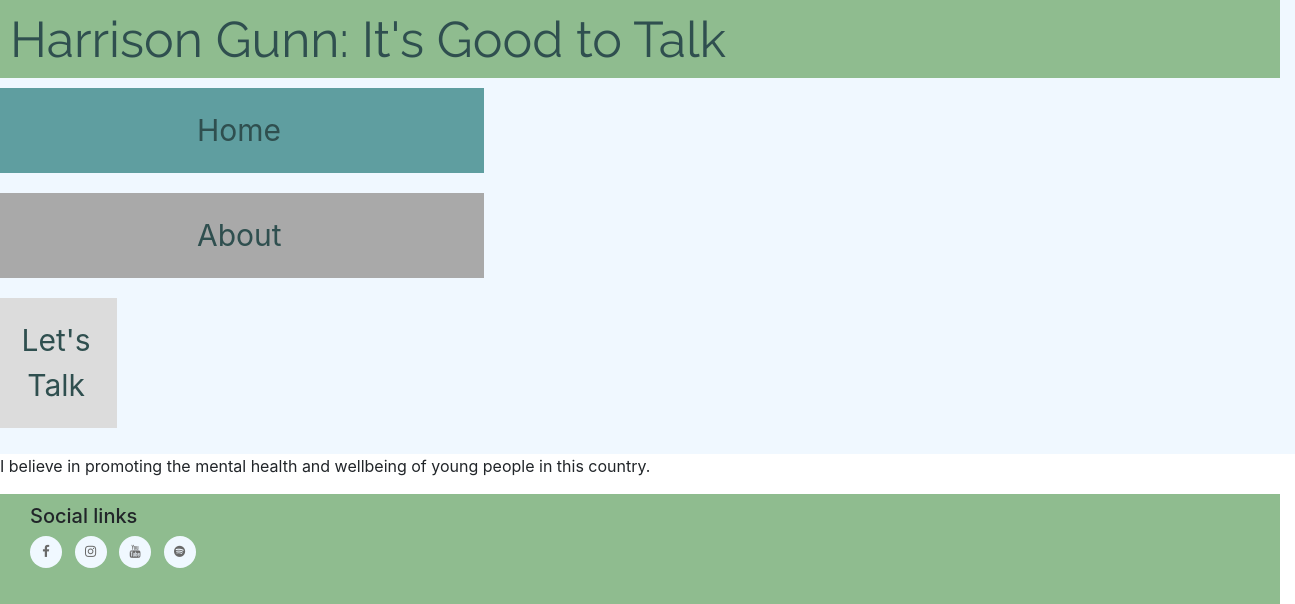
Repository: Leannald13/mile-stone-project-html
Page: index.html
The author's editor kept a record of every edit. The page is drawn from the files as they stood at one moment, then again after the next edit.
The browser window is 1280 px wide. The page is 1295 px wide, so the pictures cover 1295 px, including what lies to the right of the window. The pictures show the part of the page from y = 500 to 1104 px (the page is 1104 px tall before and 1059 px after).

Above is the page before.

After the next edit:
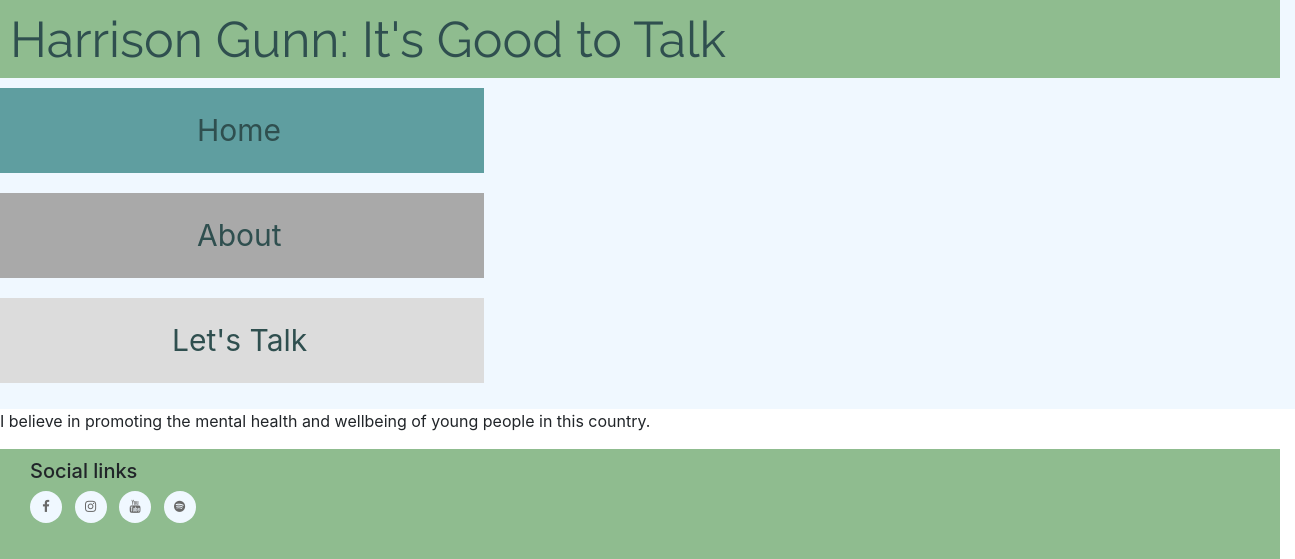
The edit:
--- a/index.html
+++ b/index.html
@@ -37,7 +37,7 @@
                         <li class="col col-sm-12 ui-menu-color-general list-inline-item menuitem">
                             <a href="general.html" class="hvr-wobble-horizontal"><span>About</span></a>
                         </li>
-                        <li class="col col-sm-3 ui-menu-color-contact list-inline-item menuitem">
+                        <li class="col col-sm-12 ui-menu-color-contact list-inline-item menuitem text-center">
                             <a href="contact.html" class="hvr-wobble-horizontal"><span>Let's Talk</span></a>
                         </li>
                     </ul>
